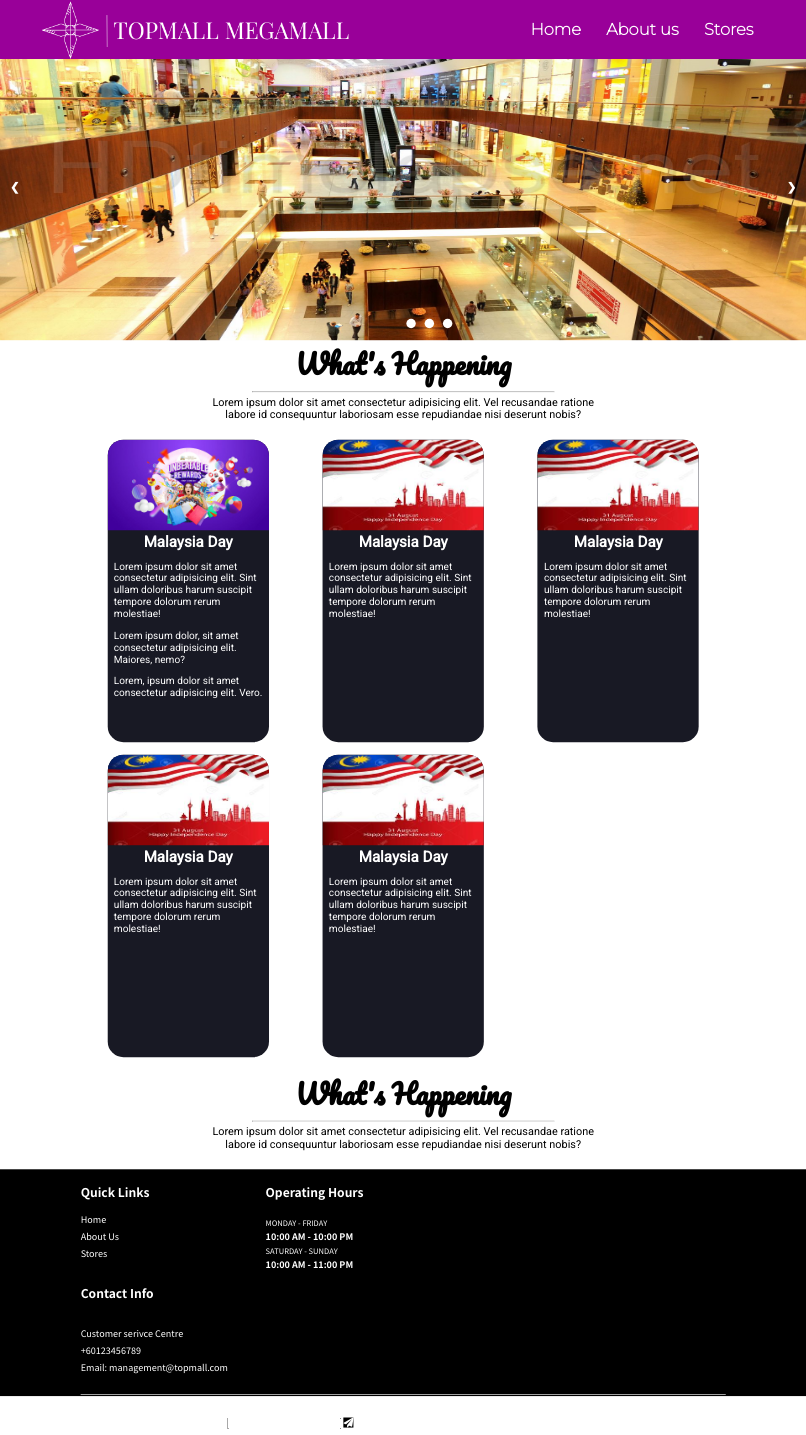
Repository: Jack0Bong/Web-Dev-Assignment
Page: index.html
An editor plug-in stored every save of this project. The page is shown before and after the next save, followed by the edit.
The browser window is 1280 px wide. The pictures show the whole page, at 63% of full size.

Above is the page before, as saved 2021-09-02 02:14:32.

### index.html
<!DOCTYPE html>
<html lang="en">
    <head>
        <meta charset="UTF-8">
        <meta http-equiv="X-UA-Compatible" content="IE=edge">
        <meta name="viewport" content="width=device-width, initial-scale=1.0">
        <title>Topmall Megamall</title>

        <!-- fonts link -->
        <link href="https://fonts.googleapis.com/css2?family=Montserrat:wght@200&display=swap" rel="stylesheet">
        <link href="https://fonts.googleapis.com/css2?family=Pacifico&display=swap" rel="stylesheet">
        <link href="https://fonts.googleapis.com/css2?family=Caveat&family=Pacifico&display=swap" rel="stylesheet">
        <link href="https://fonts.googleapis.com/css2?family=Roboto&display=swap" rel="stylesheet">
        <link href="https://fonts.googleapis.com/css2?family=Poppins:wght@200&display=swap" rel="stylesheet">
        <link href="https://fonts.googleapis.com/css2?family=Noto+Sans+TC:wght@300&display=swap" rel="stylesheet">

        <!-- icon link -->
        <link rel="stylesheet" href="https://cdnjs.cloudflare.com/ajax/libs/font-awesome/4.7.0/css/font-awesome.min.css">

        <!-- style sheets link -->
        <link rel="stylesheet" href="css/navbar.css">
        <link rel="stylesheet" href="css/index.css">
    </head>
<body>
    <!-- navigation bar -->
    <nav class="nav">
        <img src="Assets/topmall-white.png" alt="Topmall" class="logo">
        <ul class="navlist">
            <!-- links added here -->
            <li><a href="" class="navlink">Home</a></li>
            <li><a href="" class="navlink">About us</a></li>
            <li><a href="" class="navlink">Stores</a></li>
        </ul>
    </nav>

    <!-- carousel with three images -->
    <section>
        <div class="carousel">

            <div class="slides fade">
                <img src="Assets/slide-one.jpg" alt="">
                <div class="slideText">Slide One</div>
            </div>

            <div class="slides fade">
                <img src="Assets/slide-two.jpg" alt="">
                <div class="slideText">Slide One</div>
            </div>

            <div class="slides fade">
                <img src="Assets/slide-three.jpg" alt="">
                <div class="slideText">Slide One</div>
            </div>

            <a onclick="slideController(-1)" class="prevslide">&#10094;</a>
            <a onclick="slideController(1)" class="nextslide">&#10095;</a>

            <div class="slidedot">
                <span onclick="dotController(1)" class="dot"></span>
                <span onclick="dotController(2)" class="dot"></span>
                <span onclick="dotController(3)" class="dot"></span>
            </div>

        </div>
    </section>

    <section class="events-section">
        <div class="section-title">
            <h1>What's Happening</h1>
            <hr>
            <p>Lorem ipsum dolor sit amet consectetur adipisicing elit. Vel recusandae ratione labore id consequuntur laboriosam esse repudiandae nisi deserunt nobis?</p>
        </div>

        <div class="card-view">

            <div class="card">
                <img src="Assets/event-two.jpg" alt="">
                <h2>Malaysia Day</h2>
                <p>Lorem ipsum dolor sit amet consectetur adipisicing elit. Sint ullam doloribus harum suscipit tempore dolorum rerum molestiae!</p>
                <p>Lorem ipsum dolor, sit amet consectetur adipisicing elit. Maiores, nemo?</p>
                <p>Lorem, ipsum dolor sit amet consectetur adipisicing elit. Vero.</p>
            </div>
            <div class="card">
                <img src="Assets/event-one.jpg" alt="">
                <h2>Malaysia Day</h2>
                <p>Lorem ipsum dolor sit amet consectetur adipisicing elit. Sint ullam doloribus harum suscipit tempore dolorum rerum molestiae!</p>
            </div>
            <div class="card">
                <img src="Assets/event-one.jpg" alt="">
                <h2>Malaysia Day</h2>
                <p>Lorem ipsum dolor sit amet consectetur adipisicing elit. Sint ullam doloribus harum suscipit tempore dolorum rerum molestiae!</p>
            </div>
            <div class="card">
                <img src="Assets/event-one.jpg" alt="">
                <h2>Malaysia Day</h2>
                <p>Lorem ipsum dolor sit amet consectetur adipisicing elit. Sint ullam doloribus harum suscipit tempore dolorum rerum molestiae!</p>
            </div>
            <div class="card">
                <img src="Assets/event-one.jpg" alt="">
                <h2>Malaysia Day</h2>
                <p>Lorem ipsum dolor sit amet consectetur adipisicing elit. Sint ullam doloribus harum suscipit tempore dolorum rerum molestiae!</p>
            </div>

        </div>
    </section>

    <section class="promotion-section">
        <div class="section-title">
            <h1>What's Happening</h1>
            <hr>
            <p>Lorem ipsum dolor sit amet consectetur adipisicing elit. Vel recusandae ratione labore id consequuntur laboriosam esse repudiandae nisi deserunt nobis?</p>
        </div>
    </section>


    <!-- footer element -->
    <footer>
        <div class="footer-upper">
            <div class="footer-content">
                <h1 class="footer-title">Quick Links</h1>
                <a href="">Home</a>
                <a href="">About Us</a>
                <a href="">Stores</a>
            </div>
            <div class="footer-content">
                <h1 class="footer-title">Operating Hours</h1>
                <span style="font-size: 0.75em;">MONDAY - FRIDAY</span>
                <h2>10:00 AM - 10:00 PM</h2>
                <span style="font-size: 0.75em;">SATURDAY - SUNDAY</span>
                <h2>10:00 AM - 11:00 PM</h2>
            </div>
            <div class="footer-content">
                <h1 class="footer-title">Contact Info</h1>
                <span>Customer serivce Centre</span>
                <a href="tel:0123456789">+60123456789</a>
                <a href="mailto:someone@example.com">Email: management@topmall.com</a>
            </div>
            <hr>
        </div>
        <div class="footer-lower">
            <div class="footer-email">
                <span style="color: white;">Sign up for Topmall Newsletter</span>
                <form action="" method="post"> <input type="email" name="" id=""> <button type="submit" style="background-color:black;border:none;font-size: 0.5em;"><i class="fa fa-paper-plane"></i></button> </form>
            </div>
            <div class="footer-social">
                <a href="" class="fa fa-facebook-square"></a>
                <a href="" class="fa fa-twitter-square"></a>
                <a href="" class="fa fa-youtube-square"></a>
                <a href="" class="fa fa-instagram"></a>
                <a href="" class="fa fa-reddit"></a>
            </div>
        </div>
    </footer>


    <script src="Js/navbar.js"></script>
    <script src="Js/carousel.js"></script>
</body>
</html>

### css/navbar.css
*{
    padding: 0px;
    margin: 0px;
    box-sizing: border-box;
}

body{
    min-height: 100vh;
    display: flex;
    flex-direction: column;
}


/* Navigation bar style */
nav{
    position: fixed;
    width: 100%;
    height: 13vh;
    display: flex;
    justify-content: space-between;
    transition: 0.3s ease-in-out;
    background-color: #990099;
    opacity: 80%;
    z-index: 999;
}

nav:hover{
    width: 100%;
    height: 13vh;
    opacity: 100%;
}

.shrink{
    height: 9vh;
    background-color: #990099;
}

.logo{
    padding-left: 5vw;
}

.navlist{
    display: flex;
    align-items: center;
    padding-right: 5vw;
}

.navlist li{
    list-style: none;
    padding: 0px 20px;
}

.navlink{
    position: relative;
    color: white;
    font-size: 26px;
    font-weight: 700;
    text-decoration: none;
    font-family: montserrat;
}

.navlink:hover {
    color: white;
}

.navlink::before {
    content: "";
    position: absolute;
    display: block;
    width: 100%;
    height: 2px;
    bottom: 0;
    left: 0;
    background-color: white;
    transform: scaleX(0);
    transition: transform 0.3s ease;
  }

.navlink:hover::before {
    transform: scaleX(1);
}

.navbar-padding{
    width: 100%;
    height: 13vh;
}


/* footer styling */
footer{
    margin-top: auto;
    background-color: black;
    height: 50vh;
}

.footer-upper{
    width: 80%;
    display: flex;
    flex-direction: row;
    justify-content: start;
    margin-left: 10%;
    flex-wrap: wrap;
}

.footer-content{
    display: flex;
    flex-direction: column;
    margin-top: 3vh;
    color: white;
    font-family: 'Noto Sans TC', sans-serif;
    margin-right: 18%;
}

.footer-title{
    margin-bottom: 15%;
    font-size: 1.2em;
}

.footer-content a{
    font-size: 0.9em;
    text-decoration: none;
    color: white;
    padding: 3px 0px 3px 0px;
}

.footer-content span{
    padding: 3px 0px 3px 0px;
    font-size: 0.9em;
    font-family: 'Noto Sans TC', sans-serif;
}

.footer-content h2{
    font-size: 0.9em;
}

.footer-upper hr{
    margin: 3% 0px 3% 0px;
    flex-basis: 100%;
    border: none;
    border-top: 0.1px solid white;
}

.footer-lower{
    width: 80%;
    display: flex;
    flex-direction: row;
    justify-content: space-between;
    margin-left: 10%;
    flex-wrap: wrap;
}

.footer-email{
    font-family: 'Noto Sans TC', sans-serif;
}

.footer-email form{
    display: inline;
    width: fit-content;
}


.footer-social a{
    text-decoration: none;
}

.fa{
    color: white;
    font-size: 2em;
}

### css/index.css
/* Carousel css */
.carousel{
    position: relative;
    width: 100%;
    height: 75vh;
}

.slides{
    display: none;
    width: 100%;
    height: 100%;
}

.slides img{
    width: 100%;
    height: 100%;
}

.prevslide,.nextslide{
    position: absolute;
    top: 50%;
    width: auto;
    padding: 16px;
    color: white;
    font-weight: bold;
    font-size: 18px;
    transition: 0.6s ease;
    border-radius: 0 3px 3px 0;
    user-select: none;
}

.nextslide{
    right: 0%;
    border-radius: 3px 0 0 3px;
}

.slideText{
    display: none;
}

.slidedot{
    position: absolute;
    bottom: 10px;
    display: inline;
    margin-left: 50%;
}

.dot{
    position: relative;
    cursor: pointer;
    height: 15px;
    width: 15px;
    margin: 5px;
    background-color: white;
    border-radius: 50%;
    display: inline-block;
    transition: background-color 0.6s ease;
}

.active, .dot:hover{
    background-color: #bbb;
}

.fade {
    -webkit-animation-name: fade;
    -webkit-animation-duration: 1.5s;
    animation-name: fade;
    animation-duration: 1.5s;
  }

@-webkit-keyframes fade {
from {opacity: .4}
to {opacity: 1}
}

@keyframes fade {
from {opacity: .4}
to {opacity: 1}
}



/* Events section styling */
.events-section{
    width: 100%;
}

.section-title{
    font-family: pacifico;
    font-size: 1.8em;
    text-align: center;
    width: 50%;
    margin: auto;
}

.section-title p{
    font-size: 0.6em;
    font-family: roboto;
    margin-bottom: 30px;
}

.section-title hr{
    width: 75%;
    margin: 5px auto 5px auto;
}

.card-view{
    display: grid;
    grid-template-columns: repeat(3, 1fr);
    grid-auto-rows: auto;
    width: 80%;
    margin: auto;
}

.card{
    margin: 0 auto 20px auto;
    width: 75%;
    min-height: 480px;
    background-color: #181924;
    color: white;
    font-family: roboto;
    border-radius: 25px;
}

.card img{
    width: 100%;
    object-fit: cover;
    border-radius: 25px 25px 0 0;
}

.card h2{
    text-align: center;
}

.card p{
    text-overflow: clip;
    margin: 15px 10px 0px 10px;
}

### Js/navbar.js
window.addEventListener("scroll", (event) => {
    let scroll = this.scrollY;
    let navbar = document.querySelector('.nav');
    if(scroll >= 100){
        navbar.classList.add("shrink")
    }else{
        navbar.classList.remove("shrink");
    }
});

### Js/carousel.js
let slideIndex = 1;
displaySlide(slideIndex);


function slideController(n){
    displaySlide(slideIndex+= n)
}

function dotController(n){
    slideIndex = n;
    displaySlide(slideIndex);
}

function displaySlide(n){
    let slides = document.querySelectorAll(".slides");
    if(n > slides.length){ slideIndex = 1}
    if(n < 1){ slideIndex = 3}

    for(let i = 0; i < slides.length;i++){
        slides[i].style.display="none";
    }

    slides[slideIndex-1].style.display = "block";

}

After the next save:
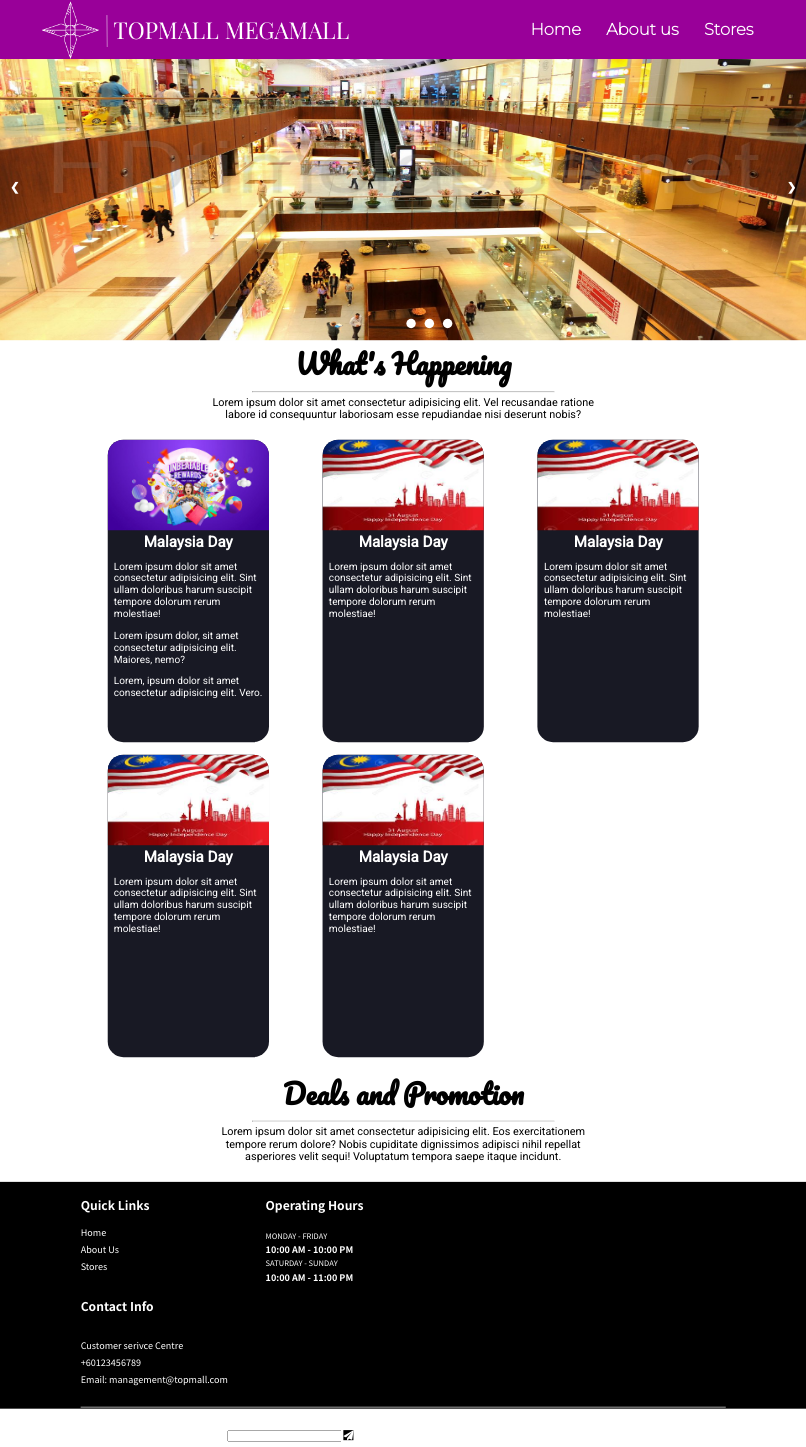
Saved 21 s later.
--- a/index.html
+++ b/index.html
@@ -106,9 +106,9 @@
 
     <section class="promotion-section">
         <div class="section-title">
-            <h1>What's Happening</h1>
+            <h1>Deals and Promotion</h1>
             <hr>
-            <p>Lorem ipsum dolor sit amet consectetur adipisicing elit. Vel recusandae ratione labore id consequuntur laboriosam esse repudiandae nisi deserunt nobis?</p>
+            <p>Lorem ipsum dolor sit amet consectetur adipisicing elit. Eos exercitationem tempore rerum dolore? Nobis cupiditate dignissimos adipisci nihil repellat asperiores velit sequi! Voluptatum tempora saepe itaque incidunt.</p>
         </div>
     </section>
 
